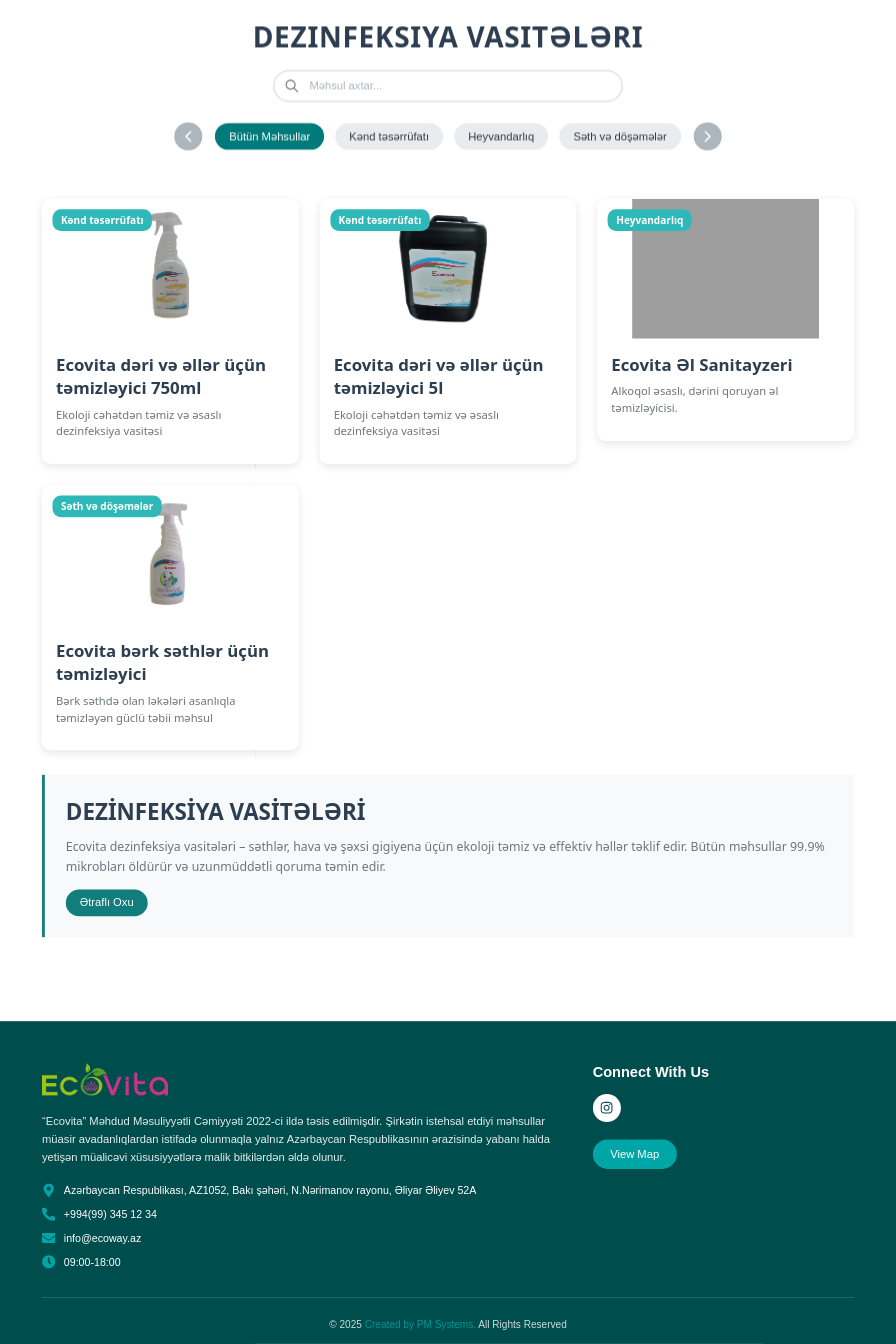
Repository: ferhadsultan98/ecovita
Page: /
These files come from the project's save history. The page is drawn as it stood at one moment and after the next save; the edit follows.
The browser window is 1280 px wide. The pictures show the part of the page from y = 3587 to 5507 px (the page is 5507 px tall before and 5098 px after), at 70% of full size.
Pictures or frames that could not be fetched are drawn as grey boxes. The project was rebuilt for these pictures with package versions that can differ from the ones it lists, and the page was loaded fresh each time. Also part of the build but not shown: vite.config.js.

Above is the page before, as saved 2025-05-07 14:30:03.

### index.html
<!doctype html>
<html lang="en">
  <head>
    <meta charset="UTF-8" />
    <meta name="viewport" content="width=device-width, initial-scale=1.0" />
    <link rel="shortcut icon" href="./public/assets/Fotolar/logobrowser.png" type="image/x-icon">
    <title>Ecovita - Təbiətdən gələn sağlamlıq</title>
  </head>
  <body>
    <div id="root"></div>
    <script type="module" src="/src/main.jsx"></script>
  </body>
</html>

### src/App.jsx
import React from "react";
import "./App.scss";
import MainLayout from "./Components/Common/MainLayout";
import Home from "./Pages/Home/Home";
import MenuSection from "./Pages/MenuSection/MenuSection";

function App() {
  return (
    <div className="app-container">
      <MainLayout>
        <Home />
        <MenuSection />
      </MainLayout>
    </div>
  );
}

export default App;

### src/App.scss
* {
  margin: 0;
  padding: 0;
  box-sizing: border-box;
}

body {
  font-family: system-ui, -apple-system, BlinkMacSystemFont, "Segoe UI", Roboto,
    Oxygen, Ubuntu, Cantarell, "Open Sans", "Helvetica Neue", sans-serif;
}

### src/Components/Common/MainLayout.jsx
import React from 'react';
import Header from './Header/Header';
import Footer from './Footer/Footer';

const MainLayout = ({ children }) => {
  return (
    <>
      <Header />
      {children}
      <Footer />
    </>
  );
};

export default MainLayout;

### src/Components/Common/Header/Header.jsx
import { useState, useEffect, useRef } from "react";
import "./Header.scss";
import { motion, AnimatePresence } from "framer-motion";
import { FaSyringe, FaChevronDown } from "react-icons/fa";
import EcovitaLogo from '../../../../public/assets/Fotolar/logo.png';

const Header = () => {
  const [scrolled, setScrolled] = useState(false);
  const [isDropdownOpen, setIsDropdownOpen] = useState(false);
  const dropdownRef = useRef(null);

  useEffect(() => {
    const handleScroll = () => {
      setScrolled(window.scrollY > 20);
    };

    window.addEventListener("scroll", handleScroll);
    return () => window.removeEventListener("scroll", handleScroll);
  }, []);

  useEffect(() => {
    const handleClickOutside = (event) => {
      if (dropdownRef.current && !dropdownRef.current.contains(event.target)) {
        setIsDropdownOpen(false);
      }
    };

    document.addEventListener("mousedown", handleClickOutside);
    return () => document.removeEventListener("mousedown", handleClickOutside);
  }, []);

  const scrollToTop = () => {
    window.scrollTo({ top: 0, behavior: "smooth" });
  };

  const scrollToSection = (sectionId) => {
    const section = document.getElementById(sectionId);
    if (section) {
      section.scrollIntoView({ behavior: "smooth", block: "start" });
      setIsDropdownOpen(false);
    }
  };

  const dropdownVariants = {
    hidden: { opacity: 0, y: -10, scale: 0.95 },
    visible: { opacity: 1, y: 0, scale: 1 },
    exit: { opacity: 0, y: -10, scale: 0.95 }
  };

  return (
    <header className={`header ${scrolled ? "scrolled" : ""}`}>
      <div className="header-container">
        <a onClick={scrollToTop} className="logo">
          <img src={EcovitaLogo} alt="Ecovita_logo" />
        </a>
        <div className="products-dropdown" ref={dropdownRef}>
          <button
            className="products-button"
            onMouseEnter={() => setIsDropdownOpen(true)}
            onClick={() => setIsDropdownOpen(!isDropdownOpen)}
          >
            Məhsullar
            <span className="products-icon">
              <FaSyringe />
            </span>
            <FaChevronDown className={`chevron-icon ${isDropdownOpen ? "open" : ""}`} />
          </button>
          <AnimatePresence>
            {isDropdownOpen && (
              <motion.ul
                className="dropdown-menu"
                variants={dropdownVariants}
                initial="hidden"
                animate="visible"
                exit="exit"
                transition={{ duration: 0.2, ease: "easeInOut" }}
                onMouseLeave={() => setIsDropdownOpen(false)}
              >
                <li onClick={() => scrollToSection("cold-pressed-oils")}>
                  Soyuq press yağlar
                </li>
                <li onClick={() => scrollToSection("disinfectants")}>
                  Dezinfeksiya vasitələri
                </li>
              </motion.ul>
            )}
          </AnimatePresence>
        </div>
      </div>
    </header>
  );
};

export default Header;

### src/Components/Common/Footer/Footer.jsx
import React, { useState, useEffect } from "react";
import "./Footer.scss";
import { IoIosArrowUp } from "react-icons/io";
import { GrFacebookOption } from "react-icons/gr";
import {
  FaInstagram,
  FaTwitter,
  FaMapMarkerAlt,
  FaPhoneAlt,
  FaEnvelope,
  FaClock,
} from "react-icons/fa";
import footerLogo from "../../../../public/assets/Fotolar/logo.png";

const Footer = () => {
  const [showScrollTop, setShowScrollTop] = useState(false);
  const currentYear = new Date().getFullYear();

  useEffect(() => {
    const handleScroll = () => {
      setShowScrollTop(window.scrollY > 300);
    };

    window.addEventListener("scroll", handleScroll);
    return () => window.removeEventListener("scroll", handleScroll);
  }, []);

  const scrollToTop = () => {
    window.scrollTo({ top: 0, behavior: "smooth" });
  };

  return (
    <footer className="footer">
      <div className="footerContent">
        <div className="container">
          <div className="footerMain">
            <div className="footerInfo">
              <img src={footerLogo} alt="footerLogo" className="footerLogo" />
              <p className="footerDescription">
                “Ecovita” Məhdud Məsuliyyətli Cəmiyyəti 2022-ci ildə təsis
                edilmişdir. Şirkətin istehsal etdiyi məhsullar müasir
                avadanlıqlardan istifadə olunmaqla yalnız Azərbaycan
                Respublikasının ərazisində yabanı halda yetişən müalicəvi
                xüsusiyyətlərə malik bitkilərdən əldə olunur.
              </p>
              <div className="footerContactItems">
                <div className="contactItem">
                  <FaMapMarkerAlt />
                  <span>
                    Azərbaycan Respublikası, AZ1052, Bakı şəhəri, N.Nərimanov
                    rayonu, Əliyar Əliyev 52A
                  </span>
                </div>
                <div className="contactItem">
                  <FaPhoneAlt />
                  <span>+994(99) 345 12 34</span>
                </div>
                <div className="contactItem">
                  <FaEnvelope />
                  <span>info@ecoway.az</span>
                </div>
                <div className="contactItem">
                  <FaClock />
                  <span>09:00-18:00</span>
                </div>
              </div>
            </div>

            <div className="footerConnect">
              <h4>Connect With Us</h4>
              <div className="socialIcons">

                <a
                  href="https://www.instagram.com/ecovita.az"
                  aria-label="Instagram"
                  className="socialIcon"
                  target="_blank"
                  rel="noopener noreferrer"
                >
                  <FaInstagram />
                </a>

              </div>
              <div className="footerActions">
                <a
                  href="https://maps.app.goo.gl/mqyyw6jxVyPGAPP46"
                  className="footerBtn mapBtn"
                  target="_blank"
                  rel="noopener noreferrer"
                >
                  View Map
                </a>
              </div>
            </div>
          </div>

          <div className="footerDivider"></div>

          <div className="footerBottom">
            <p className="copyright">
              © {currentYear}{" "}
              <a
                href="https://pmsystems.az/"
                target="_blank"
                rel="noopener noreferrer"
              >
                <span>Created by PM Systems</span>.
              </a>{" "}
              All Rights Reserved
            </p>
          </div>
        </div>
      </div>

      <div
        className={`scrollTop ${showScrollTop ? "visible pulse" : ""}`}
        onClick={scrollToTop}
        aria-label="Scroll to top"
      >
        <IoIosArrowUp />
      </div>
    </footer>
  );
};

export default Footer;

### src/Pages/MenuSection/menuItems.json
{
  "oils": [
    {
      "category": { "az": "Soyuq press yağlar" },
      "items": [
        {
          "id": "7",
          "name": { "az": "Balqabaq tumunun yağı" },
          "description": { "az": "Təbii üsulla istehsal olunan balqabaq tumunun yağı." },
          "price": 15.0,
          "image_url": "/assets/Fotolar/balqabaqtumuyag.jpg"
        },
        {
          "id": "8",
          "name": { "az": "Kətan Toxumunun Yağı" },
          "description": { "az": "Omega-3 ilə zəngin, hüceyrələri yeniləyən saf kətan toxumu yağı." },
          "price": 20.0,
          "image_url": "/assets/Fotolar/ketantoxumuyag.jpg"
        },
        {
          "id": "9",
          "name": { "az": "Qanqalin Alaqanqal yağı" },
          "description": { "az": "Orqanizmə dincəldici təsir göstərən, qədim şəfa mənbəyi — Qanqal bitkisinin təbii yağı." },
          "price": 20.0,
          "image_url": "/assets/Fotolar/qanqalinalaqanqalyagi.jpg"
        },
        {
          "id": "10",
          "name": { "az": "Qarazirə Toxumunun yağı" },
          "description": { "az": "Antioxidant zəngin, dərini qidalandıran və orqanizmi təmizləyən təbii Qarazirə yağı." },
          "price": 20.0,
          "image_url": "/assets/Fotolar/qarazireyag.jpg"
        }
      ]
    }
  ],
  "disinfectants": [
    {
      "category": { "az": "Kənd təsərrüfatı" },
      "items": [
        {
          "id": "1",
          "name": { "az": "Ecovita dəri və əllər üçün təmizləyici 750ml" },
          "description": {
            "az": "Ekoloji cəhətdən təmiz və əsaslı dezinfeksiya vasitəsi"
          },
          "price": 12.5,
          "image_url": "/assets/Fotolar/Deriveeller750ml.png"
        },
        {
          "id": "2",
          "name": { "az": "Ecovita dəri və əllər üçün təmizləyici 5l" },
          "description": {
            "az": "Ekoloji cəhətdən təmiz və əsaslı dezinfeksiya vasitəsi"
          },
          "price": 12.5,
          "image_url": "/assets/Fotolar/Deriveeller5l.png"
        }
      ]
    },
    {
      "category": { "az": "Heyvandarlıq" },
      "items": [
        {
          "id": "3",
          "name": { "az": "Ecovita Əl Sanitayzeri" },
          "description": {
            "az": "Alkoqol əsaslı, dərini qoruyan əl təmizləyicisi."
          },
          "price": 5.0,
          "image_url": "hand-sanitizer.jpg"
        }
      ]
    },
    {
      "category": { "az": "Səth və döşəmələr" },
      "items": [
        {
          "id": "5",
          "name": { "az": "Ecovita bərk səthlər üçün təmizləyici" },
          "description": {
            "az": "Bərk səthdə olan ləkələri asanlıqla təmizləyən güclü təbii məhsul"
          },
          "price": 10.0,
          "image_url": "/assets/Fotolar/Berksethler.png"
        }
      ]
    }
  ]
}

### src/Components/Common/Header/Header.scss
$primary-color: #008080; // Teal for health and cleanliness
$secondary-color: #ffffff;
$accent-color: #f5f6f5; // Light gray for clean aesthetic
$text-color: #333333;
$scroll-bg: #ffffff;

.header {
  position: fixed;
  top: 0;
  left: 0;
  width: 100%;
  background: transparent;
  transition: all 0.3s ease;
  z-index: 1000;
  padding: 1rem 0;

  &.scrolled {
    background: $scroll-bg;
    padding: 0.8rem 0;
  }

  .header-container {
    max-width: 1200px;
    margin: 0 auto;
    display: flex;
    align-items: center;

    justify-content: space-between;
    gap: 1rem;
  }

  .logo {
    display: flex;
    align-items: center;
    cursor: pointer;
    text-decoration: none;
    max-height: 80px;

    img {
      height: 100%;
    }
  }

  .products-dropdown {
    position: relative;

    .products-button {
      display: flex;
      align-items: center;
      gap: 0.5rem;
      background: $primary-color;
      color: $secondary-color;
      border: none;
      padding: 0.5rem 1rem;
      border-radius: 5px;
      font-size: 1rem;
      font-weight: 500;
      cursor: pointer;
      transition: background 0.3s ease;

      &:hover {
        background: darken($primary-color, 10%);
      }

      .products-icon {
        font-size: 1.2rem;
      }

      .chevron-icon {
        font-size: 0.8rem;
        transition: transform 0.2s ease;

        &.open {
          transform: rotate(180deg);
        }
      }
    }

    .dropdown-menu {
      position: absolute;
      top: 100%;
      right: 0;
      background: $secondary-color;
      border: 1px solid $accent-color;
      border-radius: 5px;
      margin-top: 0.5rem;
      min-width: 200px;
      box-shadow: 0 4px 8px rgba(0, 0, 0, 0.1);
      list-style: none;
      padding: 0;
      z-index: 3000;

      li {
        padding: 0.75rem 1rem;
        cursor: pointer;
        color: $text-color;
        font-size: 0.9rem;
        transition: background 0.2s ease;

        &:hover {
          background: $accent-color;
        }
      }
    }
  }

  // Responsive design
  @media (max-width: 768px) {
    padding: 1rem 0;

    &.scrolled {
      padding: 0.75rem 0;
    }

    .header-container {
      padding: 0 1rem;
    }

    .products-button {
      font-size: 14px !important;
      padding: 5px !important;

      .products-icon {
        font-size: 12px !important;
      }

      .chevron-icon {
        font-size: 0.7rem;
      }
    }

    .dropdown-menu {
      min-width: 160px;

      li {
        font-size: 0.8rem;
        padding: 0.5rem 0.75rem;
      }
    }
  }

  @media (max-width: 480px) {
    .logo {
      img {
        width: 120px;
      }
    }

    .header-container {
      align-items: center;
      gap: 0.5rem;
    }

    .products-button {
      font-size: 0.8rem;
      padding: 5px;

      .products-icon {
        font-size: 12px;
      }

      .chevron-icon {
        font-size: 0.6rem;
      }
    }

    .dropdown-menu {
      min-width: 140px;
      margin-top: 0.3rem;

      li {
        font-size: 0.75rem;
        padding: 0.4rem 0.6rem;
      }
    }
  }
}

Loaded but not shown: src/main.jsx (common file); src/Pages/MenuSection/MenuSection.jsx (800 lines, source omitted); src/Pages/MenuSection/MenuSection.scss (624 lines, source omitted); src/Pages/Home/Home.scss (368 lines, source omitted); src/Pages/Home/Home.jsx (173 lines, source omitted); src/Components/Common/Footer/Footer.scss (300 lines, source omitted); src/index.css (no stored copy; drawn as an empty file)

After the next save:
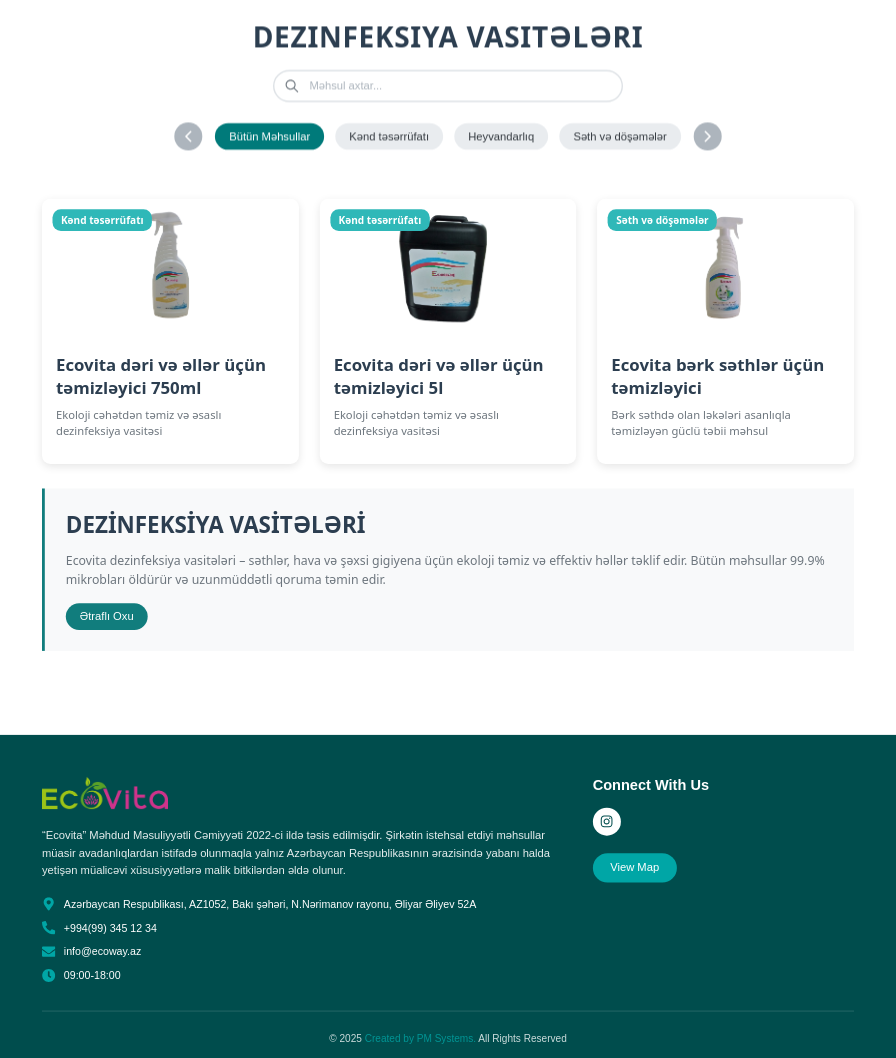
Saved 75 min 17 s later.
--- a/src/Pages/MenuSection/menuItems.json
+++ b/src/Pages/MenuSection/menuItems.json
@@ -63,7 +63,7 @@
       "items": [
         {
           "id": "3",
-          "name": { "az": "Ecovita Əl Sanitayzeri" },
+          "name": { "az": "" },
           "description": {
             "az": "Alkoqol əsaslı, dərini qoruyan əl təmizləyicisi."
           },

After the save that followed:
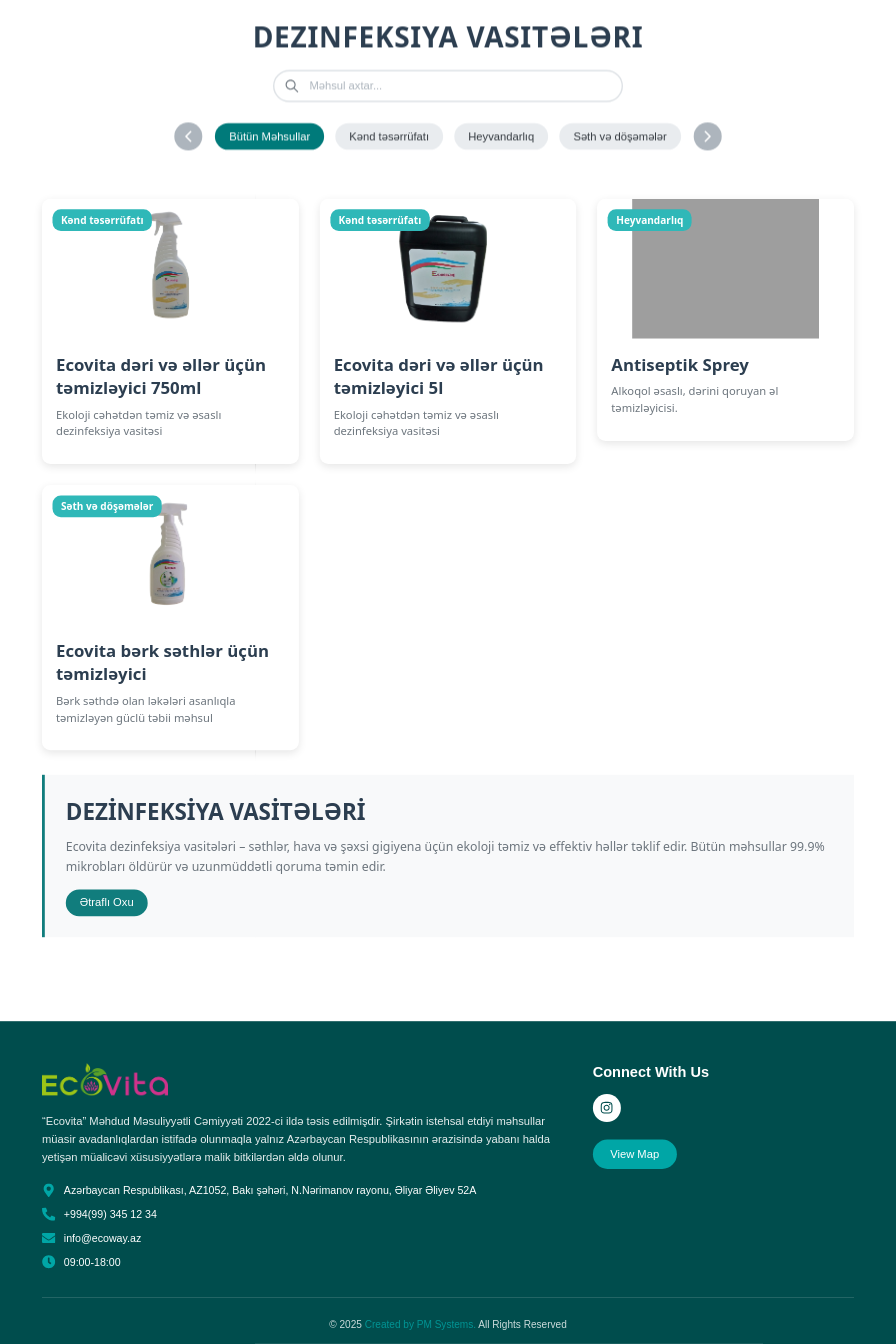
Saved 14 s later.
--- a/src/Pages/MenuSection/menuItems.json
+++ b/src/Pages/MenuSection/menuItems.json
@@ -63,7 +63,7 @@
       "items": [
         {
           "id": "3",
-          "name": { "az": "" },
+          "name": { "az": "Antiseptik Sprey" },
           "description": {
             "az": "Alkoqol əsaslı, dərini qoruyan əl təmizləyicisi."
           },
